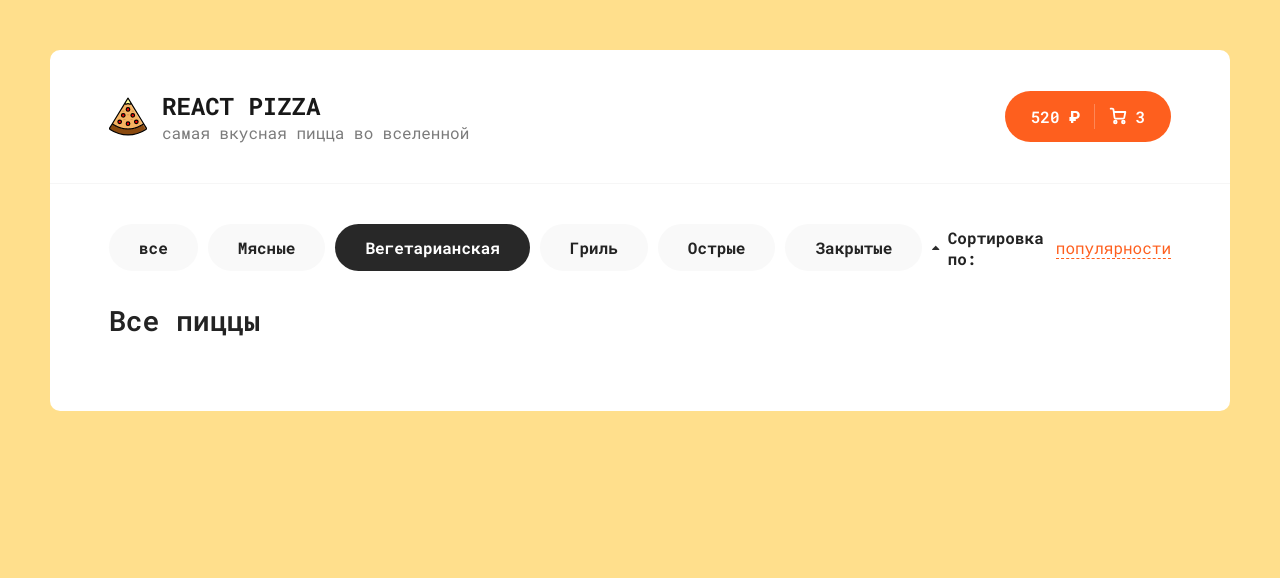
Repository: TI-IT/react-pizza2
Page: /
The author's editor kept a copy of each file at every save. The page is drawn from the files as they stood at one save, then again after a run of saves.
The browser window is 1280 px wide. The pictures show the whole page.
The project was rebuilt for these pictures with package versions that can differ from the ones it lists, and the page was loaded fresh each time.

Above is the page before, as saved 2022-10-09 15:05:47.

### public/index.html
<!DOCTYPE html>
<html lang="en">
  <head>
    <meta charset="utf-8" />
    <link rel="icon" href="%PUBLIC_URL%/favicon.ico" />
    <link rel="preconnect" href="https://fonts.googleapis.com" />
    <link rel="preconnect" href="https://fonts.gstatic.com" crossorigin />
    <link
      href="https://fonts.googleapis.com/css2?family=Roboto+Mono:wght@300;400;500;600;700&display=swap"
      rel="stylesheet"
    />
    <meta name="viewport" content="width=device-width, initial-scale=1" />
    <meta name="theme-color" content="#000000" />
    <meta
      name="description"
      content="Web site created using create-react-app"
    />
    <link rel="apple-touch-icon" href="%PUBLIC_URL%/logo192.png" />
    <!--
      manifest.json provides metadata used when your web app is installed on a
      user's mobile device or desktop. See https://developers.google.com/web/fundamentals/web-app-manifest/
    -->
    <link rel="manifest" href="%PUBLIC_URL%/manifest.json" />
    <!--
      Notice the use of %PUBLIC_URL% in the tags above.
      It will be replaced with the URL of the `public` folder during the build.
      Only files inside the `public` folder can be referenced from the HTML.

      Unlike "/favicon.ico" or "favicon.ico", "%PUBLIC_URL%/favicon.ico" will
      work correctly both with client-side routing and a non-root public URL.
      Learn how to configure a non-root public URL by running `npm run build`.
    -->
    <title>React App</title>
  </head>
  <body>
    <noscript>You need to enable JavaScript to run this app.</noscript>
    <div id="root"></div>
    <!--
      This HTML file is a template.
      If you open it directly in the browser, you will see an empty page.

      You can add webfonts, meta tags, or analytics to this file.
      The build step will place the bundled scripts into the <body> tag.

      To begin the development, run `npm start` or `yarn start`.
      To create a production bundle, use `npm run build` or `yarn build`.
    -->
  </body>
</html>

### src/App.js
import React from 'react'
import './scss/app.scss'
import Header from './components/Header'
import Categories from './components/Categories'
import Sort from './components/Sort'
import PizzaBlock from './components/PizzaBlock'
// import pizzas from './assets/pizza.json'

function App() {
  const [items, setItems] = React.useState([])

  // React.useEffect(() => {
  //   const link = 'https://63427733ba4478d4783c44ef.mockapi.io/items'
  //   fetch(link)
  //     .then(res => {
  //       return res.json()
  //     })
  //     .then(arr => {
  //       setItems(arr)
  //     })
  // }, [])

  // console.log(items)
  return (
    <div className="wrapper">
      <Header />
      <div className="content">
        <div className="container">
          <div className="content__top">
            <Categories />
            <Sort />
          </div>
          <h2 className="content__title">Все пиццы</h2>
          <div className="content__items">
            {items.map(obj => (
              <PizzaBlock key={obj.id} {...obj} />
            ))}
          </div>
        </div>
      </div>
    </div>
  )
}

export default App

### src/scss/app.scss
@import './_variables.scss';
@import 'libs/_normalize.scss';

@import 'components/_all.scss';


body {
  background-color: $background;
}

.wrapper {
  width: calc(100vw - 100px);
  height: 100%;
  background-color: #fff;
  margin: 50px auto;
  border-radius: 10px;
  max-width: 1400px;
}

.content {
  padding: 40px 0;

  &__title {
    margin: 35px 0;
  }

  &__items {
    display: flex;
    flex-wrap: wrap;
    justify-content: space-between;
  }

  &__top {
    display: flex;
    align-items: center;
    justify-content: space-between;
  }
}

.container {
  width: $container-width;
  margin: 0 auto;

  &--cart {
    max-width: 820px;
    margin: 90px auto;
    .content__title {
      margin: 0;
    }
  }
}

.cart {
  &__top {
    display: flex;
    justify-content: space-between;
    align-items: center;
  }

  .content__title {
    display: flex;
    align-items: center;
    font-size: 32px;

    svg {
      position: relative;
      top: -2px;
      width: 30px;
      height: 30px;
      margin-right: 10px;
      path {
        stroke: $black;
        stroke-width: 1.9;
      }
    }
  }

  &__clear {
    display: flex;
    align-items: center;
    cursor: pointer;
    @include noselect();

    span {
      display: inline-block;
      margin-left: 7px;
      color: #b6b6b6;
      font-size: 18px;
    }

    span,
    svg,
    path {
      transition: all $duration ease-in-out;
    }

    &:hover {
      svg {
        path {
          stroke: darken($color: #b6b6b6, $amount: 50);
        }
      }
      span {
        color: darken($color: #b6b6b6, $amount: 50);
      }
    }
  }

  &__item {
    display: flex;
    width: 100%;
    border-top: 1px solid $gray-line;
    padding-top: 30px;
    margin-top: 30px;

    &-img {
      display: flex;
      align-items: center;
      margin-right: 15px;
      width: 10%;

      img {
        width: 80px;
        height: 80px;
      }
    }

    &-info {
      display: flex;
      flex-direction: column;
      justify-content: center;
      width: 40%;

      h3 {
        font-weight: bold;
        font-size: 22px;
        line-height: 27px;
        letter-spacing: 0.01em;
      }

      p {
        font-size: 18px;
        color: #8d8d8d;
      }
    }

    &-count {
      display: flex;
      align-items: center;
      justify-content: space-between;
      width: 13%;

      &-minus {
        svg {
          path:first-of-type {
            display: none;
          }
        }
      }

      b {
        font-size: 22px;
      }
    }

    &-price {
      display: flex;
      align-items: center;
      justify-content: center;
      width: 33%;

      b {
        font-weight: bold;
        font-size: 22px;
        letter-spacing: 0.01em;
      }
    }

    &-remove {
      display: flex;
      align-items: center;
      justify-content: flex-end;
      width: 4%;

      .button {
        border-color: darken($color: $gray-line, $amount: 10);
      }

      svg {
        transform: rotate(45deg);

        path {
          fill: darken($color: $gray-line, $amount: 15);
        }
      }

      .button {
        svg {
          width: 11.5px;
          height: 11.5px;
          position: relative;
        }
        &:hover,
        &:active {
          border-color: darken($color: $gray-line, $amount: 80);
          background-color: darken($color: $gray-line, $amount: 80);
        }
      }
    }
  }

  &__bottom {
    margin: 50px 0;

    &-details {
      display: flex;
      justify-content: space-between;

      span {
        font-size: 22px;

        &:last-of-type {
          b {
            color: $orange;
          }
        }
      }
    }

    &-buttons {
      display: flex;
      justify-content: space-between;
      margin-top: 40px;

      .go-back-btn {
        display: flex;
        align-items: center;
        justify-content: center;
        width: 210px;

        border-color: darken($color: $gray-line, $amount: 10);

        span {
          color: darken($color: $gray-line, $amount: 20);
          font-weight: 500;
          font-weight: 600;
        }

        &:hover {
          background-color: darken($color: $gray-line, $amount: 90);
          border-color: darken($color: $gray-line, $amount: 90);

          span {
            color: $gray-line;
          }
        }

        svg {
          margin-right: 12px;
          path {
            fill: transparent;
            stroke-width: 2;
          }
        }
      }

      .pay-btn {
        font-size: 16px;
        font-weight: 600;
        width: 210px;
        padding: 16px;
      }
    }
  }

  &--empty {
    margin: 0 auto;
    width: 560px;
    text-align: center;

    h2 {
      font-size: 32px;
      margin-bottom: 10px;
    }

    p {
      font-size: 18px;
      line-height: 145.4%;
      letter-spacing: 0.01em;
      color: #777777;
    }

    icon {
      position: relative;
      top: 2px;
    }

    img {
      display: block;
      width: 300px;
      margin: 45px auto 60px;
    }

    .button--black {
      padding: 12px 0 14px;
      width: 230px;
      margin: 0 auto;
      font-weight: 600;
      font-size: 18px;
    }
  }
}

### src/components/Header.jsx
import logoSVG from '../assets/img/pizza-logo.svg'

function Header() {
  return (
    <div className="header">
      <div className="container">
        <div className="header__logo">
          <img width="38" src={logoSVG} alt="Pizza logo" />
          <div>
            <h1>React Pizza</h1>
            <p>самая вкусная пицца во вселенной</p>
          </div>
        </div>
        <div className="header__cart">
          <a href="/cart.html" className="button button--cart">
            <span>520 ₽</span>
            <div className="button__delimiter"></div>
            <svg
              width="18"
              height="18"
              viewBox="0 0 18 18"
              fill="none"
              xmlns="http://www.w3.org/2000/svg">
              <path
                d="M6.33333 16.3333C7.06971 16.3333 7.66667 15.7364 7.66667 15C7.66667 14.2636 7.06971 13.6667 6.33333 13.6667C5.59695 13.6667 5 14.2636 5 15C5 15.7364 5.59695 16.3333 6.33333 16.3333Z"
                stroke="white"
                strokeWidth="1.8"
                strokeLinecap="round"
                strokeLinejoin="round"
              />
              <path
                d="M14.3333 16.3333C15.0697 16.3333 15.6667 15.7364 15.6667 15C15.6667 14.2636 15.0697 13.6667 14.3333 13.6667C13.597 13.6667 13 14.2636 13 15C13 15.7364 13.597 16.3333 14.3333 16.3333Z"
                stroke="white"
                strokeWidth="1.8"
                strokeLinecap="round"
                strokeLinejoin="round"
              />
              <path
                d="M4.78002 4.99999H16.3334L15.2134 10.5933C15.1524 10.9003 14.9854 11.176 14.7417 11.3722C14.4979 11.5684 14.1929 11.6727 13.88 11.6667H6.83335C6.50781 11.6694 6.1925 11.553 5.94689 11.3393C5.70128 11.1256 5.54233 10.8295 5.50002 10.5067L4.48669 2.82666C4.44466 2.50615 4.28764 2.21182 4.04482 1.99844C3.80201 1.78505 3.48994 1.66715 3.16669 1.66666H1.66669"
                stroke="white"
                strokeWidth="1.8"
                strokeLinecap="round"
                strokeLinejoin="round"
              />
            </svg>
            <span>3</span>
          </a>
        </div>
      </div>
    </div>
  )
}

export default Header

### src/components/Categories.jsx
import React from 'react'

function Categories() {
  const [activeIndex, setActivIndex] = React.useState(2)

  const categories = ['все', 'Мясные', 'Вегетарианская', 'Гриль', 'Острые', 'Закрытые']

  const onClickCategory = index => {
    setActivIndex(index)
  }
  return (
    <div className="categories">
      <ul>
        {categories.map((value, i) => (
          <li
            key={i}
            onClick={() => onClickCategory(i)}
            className={activeIndex === i ? 'active' : ''}>
            {value}
          </li>
        ))}
      </ul>
    </div>
  )
}
export default Categories

### src/components/Sort.jsx
import React from 'react'

function Sort() {
  const [open, setOpen] = React.useState(false)
  const [selected, setSelected] = React.useState(0)
  const list = ['популярности', 'цене', 'алфавиту']
  const sortName = list[selected]

  const onClickListItem = i => {
    setSelected(i)
    setOpen(false)
  }

  return (
    <div className="sort">
      <div className="sort__label">
        <svg
          width="10"
          height="6"
          viewBox="0 0 10 6"
          fill="none"
          xmlns="http://www.w3.org/2000/svg">
          <path
            d="M10 5C10 5.16927 9.93815 5.31576 9.81445 5.43945C9.69075 5.56315 9.54427 5.625 9.375 5.625H0.625C0.455729 5.625 0.309245 5.56315 0.185547 5.43945C0.061849 5.31576 0 5.16927 0 5C0 4.83073 0.061849 4.68424 0.185547 4.56055L4.56055 0.185547C4.68424 0.061849 4.83073 0 5 0C5.16927 0 5.31576 0.061849 5.43945 0.185547L9.81445 4.56055C9.93815 4.68424 10 4.83073 10 5Z"
            fill="#2C2C2C"
          />
        </svg>
        <b>Сортировка по:</b>
        <span onClick={() => setOpen(!open)}>{sortName}</span>
      </div>
      {open && (
        <div className="sort__popup">
          <ul>
            {list.map((name, i) => (
              <li
                key={i}
                onClick={() => onClickListItem(i)}
                className={selected === i ? 'active' : ''}>
                {name}
              </li>
            ))}
          </ul>
        </div>
      )}
    </div>
  )
}

export default Sort

### src/scss/libs/_normalize.scss
* {
  padding: 0;
  margin: 0;
  list-style: none;
  outline: none;
  font-family: 'Roboto Mono', Roboto, system-ui, Tahoma, sans-serif;
  box-sizing: border-box;
}

html {
  -ms-text-size-adjust: 100%;
  -webkit-text-size-adjust: 100%;
}

body {
  -moz-osx-font-smoothing: grayscale;
  -webkit-font-smoothing: antialiased;
  color: $black;
}

a,
span,
p,
b,
h1,
h2,
h3,
h4,
h5 {
  color: $black;
}

h1 {
  font-size: 48px;
}

h2 {
  font-weight: 600;
  font-size: 28px;
  line-height: 30px;
}

a {
  text-decoration: none;
}

@mixin noselect {
  -webkit-touch-callout: none; /* iOS Safari */
  -webkit-user-select: none; /* Safari */
  -khtml-user-select: none; /* Konqueror HTML */
  -moz-user-select: none; /* Old versions of Firefox */
  -ms-user-select: none; /* Internet Explorer/Edge */
  user-select: none; /* Non-prefixed version, currently
                                  supported by Chrome, Opera and Firefox */
}

### src/scss/components/_button.scss
@import '../variables.scss';

.button {
  display: inline-block;
  background-color: $orange;
  border-radius: 30px;
  padding: 10px 20px;
  min-width: 100px;
  text-align: center;
  cursor: pointer;
  transition: background-color $duration ease-in-out, border-color $duration ease-in-out;
  border: 1px solid transparent;
  @include noselect();

  &,
  span {
    color: #fff;
  }

  i,
  span,
  path,
  svg {
    transition: all $duration ease-in-out;
  }

  &:hover {
    background-color: darken($orange, 8%);
  }

  &:active {
    background-color: darken($orange, 12%);
    transform: translateY(1px);
  }

  &--circle {
    display: flex;
    align-items: center;
    justify-content: center;
    width: 32px;
    height: 32px;
    min-width: 32px;
    padding: 0;
    border-width: 2px;
  }

  &--black {
    background-color: $black;

    &:hover,
    &:active {
      background-color: lighten($color: $black, $amount: 10);
    }
  }

  &--outline {
    background-color: #fff;
    border-color: $orange;
    &,
    span {
      color: $orange;
    }

    svg {
      path {
        fill: $orange;
      }
    }

    &:hover {
      background-color: $orange;

      &,
      span {
        color: #fff;
      }

      svg {
        path {
          fill: #fff;
        }
      }
    }

    &:active {
      background-color: darken($orange, 8%);
    }
  }

  &__delimiter {
    width: 1px;
    height: 25px;
    background-color: rgba(255, 255, 255, 0.25);
    margin-left: 14px;
    margin-right: 14px;
  }

  &--add {
    svg {
      margin-right: 2px;
    }

    span {
      font-weight: 600;
      font-size: 16px;
    }

    &:hover {
      i {
        background-color: #fff;
        color: $orange;
      }
    }

    i {
      display: inline-block;
      border-radius: 30px;
      background-color: $orange;
      color: #fff;
      font-weight: 600;
      width: 22px;
      height: 22px;
      font-style: normal;
      font-size: 13px;
      line-height: 22px;
      position: relative;
      top: -1px;
      left: 3px;
    }
  }

  &--cart {
    display: flex;
    align-items: center;
    line-height: 23px;
    padding: 12px 25px;

    svg {
      margin-right: 8px;
      margin-bottom: 1px;
    }

    span {
      font-weight: 600;
      font-size: 16px;
    }
  }
}

### src/scss/components/_sort.scss
@import '../variables.scss';

.sort {
  position: relative;
  &__label {
    display: flex;
    align-items: center;

    svg {
      margin-right: 8px;
    }

    b {
      margin-right: 8px;
    }

    span {
      color: $orange;
      border-bottom: 1px dashed $orange;
      cursor: pointer;
    }
  }

  &__popup {
    position: absolute;
    right: 0;
    margin-top: 15px;
    background: #ffffff;
    box-shadow: 0px 5px 15px rgba(0, 0, 0, 0.09);
    border-radius: 10px;
    overflow: hidden;
    padding: 10px 0;
    width: 160px;

    ul {
      overflow: hidden;
      li {
        padding: 12px 20px;
        cursor: pointer;

        &.active,
        &:hover {
          background: rgba(254, 95, 30, 0.05);
        }

        &.active {
          font-weight: bold;
          color: $orange;
        }
      }
    }
  }
}

### src/scss/components/_pizza-block.scss
@import '../variables.scss';

.pizza-block {
  width: 280px;
  text-align: center;
  margin-bottom: 65px;

  &:not(:nth-of-type(4n)) {
    margin-right: 35px;
  }

  &__image {
    width: 260px;
  }

  &__title {
    font-size: 20px;
    font-weight: 900;
    letter-spacing: 1%;
    margin-bottom: 20px;
  }

  &__selector {
    display: flex;
    background-color: #f3f3f3;
    border-radius: 10px;
    flex-direction: column;
    padding: 6px;

    ul {
      display: flex;
      flex: 1;

      &:first-of-type {
        margin-bottom: 6px;
      }

      li {
        padding: 8px;
        flex: 1;
        cursor: pointer;
        font-weight: 600;
        font-size: 14px;
        @include noselect();
        &.active {
          background: #ffffff;
          box-shadow: 0px 2px 4px rgba(0, 0, 0, 0.04);
          border-radius: 5px;
          cursor: auto;
        }
      }
    }
  }

  &__bottom {
    display: flex;
    align-items: center;
    justify-content: space-between;
    margin-top: 20px;
  }

  &__price {
    font-weight: bold;
    font-size: 22px;
    line-height: 27px;
    letter-spacing: 0.015em;
  }
}

### src/components/PizzaBlock.jsx
import React from 'react'

function PizzaBlock({ title, price, imageUrl, types, sizes }) {
  // const [activeType, setActivType] = React.useState(0)
  // const [activeSize, setActivSize] = React.useState(0)
  // const typeNames = ['тонкое', 'традиционное']

  console.log(title)
  console.log(123)

  return (
    <div className="pizza-block">
      <h1>Test</h1>
    </div>
  )
}

export default PizzaBlock

Loaded but not shown: src/index.js (common file); src/scss/_variables.scss (common file); src/scss/components/_all.scss (common file); src/scss/components/_header.scss (common file); src/scss/components/_categories.scss (common file)

After the next 2 saves:
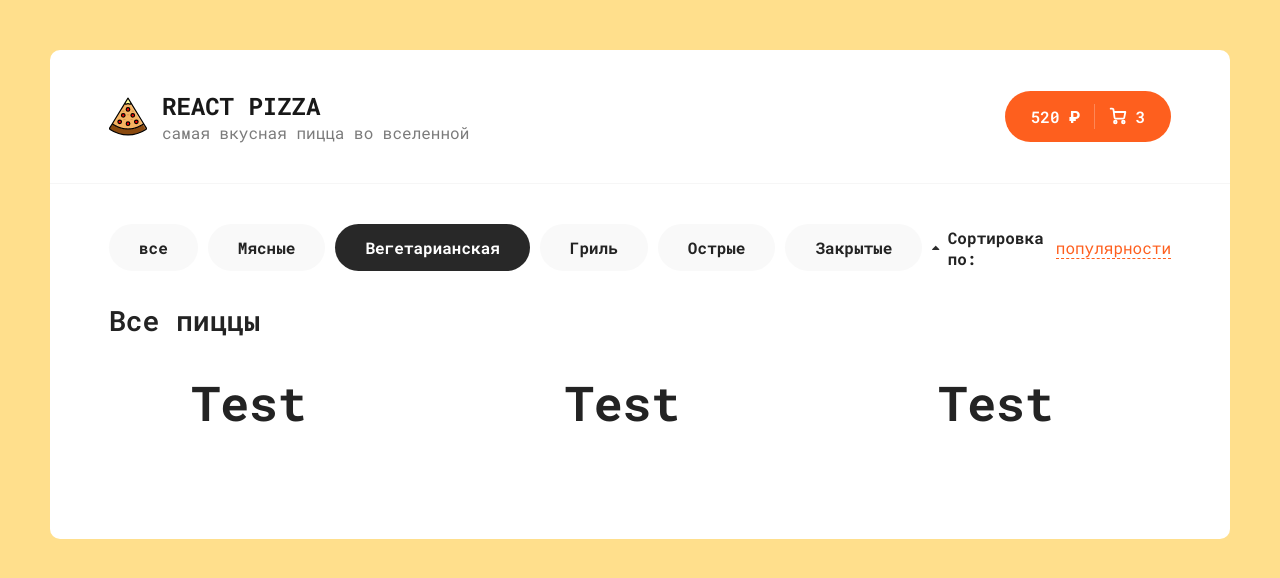
The 2 saves are shown as one change because 1 did not build or start.
The last was saved 13 s later.
--- a/src/App.js
+++ b/src/App.js
@@ -7,7 +7,7 @@ import PizzaBlock from './components/PizzaBlock'
 // import pizzas from './assets/pizza.json'
 
 function App() {
-  const [items, setItems] = React.useState([])
+  const [items, setItems] = React.useState([1, 2, 3])
 
   // React.useEffect(() => {
   //   const link = 'https://63427733ba4478d4783c44ef.mockapi.io/items'
